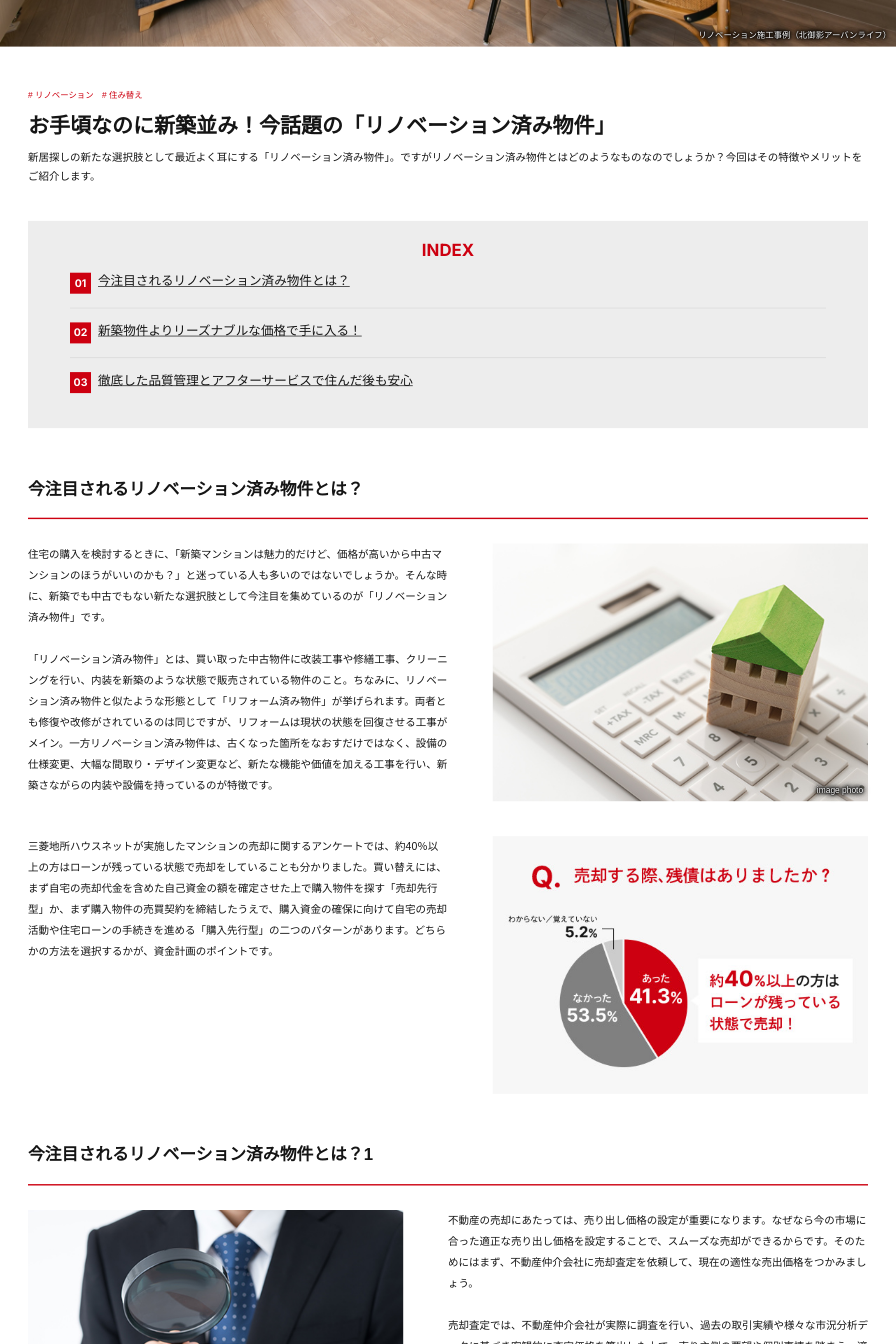
Repository: duongspm/group-kansai_new-data
Page: group-kansai_new/pickup/column07.html
The author's editor kept a copy of each file at every save. The page is drawn from the files as they stood at one save, then again after a run of saves.
The browser window is 1280 px wide. The pictures show the part of the page from y = 441 to 2361 px (the page is 3878 px tall), at 70% of full size.

Above is the page before, as saved 2023-06-30 14:59:01.

### group-kansai_new/pickup/column07.html
<!doctype html>
<html>
<head prefix="og: http://ogp.me/ns# fb: http://ogp.me/ns/fb# article: http://ogp.me/ns/website#">

    <meta charset="utf-8">
    <meta http-equiv="X-UA-Compatible" content="chrome=1">
    <meta name="viewport" content="width=device-width, initial-scale=1">

    <title>住み替えを検討する際の重要なポイント。住宅ローン残債があっても住み替えできる？｜関西で住まいのことは三菱地所グループへ</title>
    <meta name="keywords" content="新築マンション,注文住宅,リフォーム,売買・賃貸,関西,三菱地所グループ,三菱地所レジデンス,三菱地所ホーム,三菱地所ハウスネット,住まい">
    <meta name="description" content="関西エリアの三菱地所グループが、新築・中古マンション、注文住宅、リフォーム、売買、賃貸、マンション・ビル管理、インテリアなど、あらゆる住まいのニーズにお応えします。">
    <link rel="canonical" href="https://www.mecsumai.com/group_kansai/pickup/column07.html">

    <!-- OGP -->
    <meta property="og:site_name" content="関西で住まいのことは三菱地所グループへ" />
    <meta property="og:title" content="住み替えを検討する際の重要なポイント。住宅ローン残債があっても住み替えできる？｜関西で住まいのことは三菱地所グループへ" />
    <meta property="og:description" content="関西エリアの三菱地所グループが、新築・中古マンション、注文住宅、リフォーム、売買、賃貸、マンション・ビル管理、インテリアなど、あらゆる住まいのニーズにお応えします。" />
    <meta property="og:type" content="website" />
    <meta property="og:locale" content="ja_JP" />
    <meta property="og:url" content="https://www.mecsumai.com/group_kansai/pickup/column07.html" />
    <meta property="og:image" content="https://www.mecsumai.com/group_kansai/img/ogp/ogimage_column_mjhn_01.jpg" />
    <meta property="article:publisher" content="https://www.facebook.com/mecsumai" />
    <meta name="twitter:card" content="summary_large_image" />
    <meta name="twitter:site:id" value="@mecr_sumai" />
    <!-- CSS/JS -->
    <!--テスト用_WEBフォントタグ--><script type="text/javascript" src="//typesquare.com/3/tsst/script/ja/typesquare.js?GO7P2Rd89as%3D" charset="utf-8"></script>
    <!--本番用_WEBフォントタグ--><!-- <script type="text/javascript" src="//typesquare.com/3/tsst/script/ja/typesquare.js?fP5kCoOP0YE%3D" charset="utf-8"></script>-->

	<link rel="stylesheet" href="../css/style.css">
    <link rel="stylesheet" href="css/column.css">

    <script src="../js/jquery.min.js"></script>
    <script src="../js/script.js"></script>

</head>

<body>

	<!-- Google Tag Manager -->
	<noscript><iframe src="//www.googletagmanager.com/ns.html?id=GTM-PPKM2M"
	height="0" width="0" style="display:none;visibility:hidden"></iframe></noscript>
	<script>(function(w,d,s,l,i){w[l]=w[l]||[];w[l].push({'gtm.start':
	new Date().getTime(),event:'gtm.js'});var f=d.getElementsByTagName(s)[0],
	j=d.createElement(s),dl=l!='dataLayer'?'&l='+l:'';j.async=true;j.src=
	'//www.googletagmanager.com/gtm.js?id='+i+dl;f.parentNode.insertBefore(j,f);
	})(window,document,'script','dataLayer','GTM-PPKM2M');</script>
	<!-- End Google Tag Manager -->

    <header>
        <a><img src="../img/logo_mec.svg" alt="人を、想う力。街を、想う力。三菱地所グループ"></a>
        <a><img src="../img/logo_mecgonext.svg" alt="三菱地所と次にいこう。"></a>
        <div id="btn-menu"><span></span><span></span><span></span><a>MENU</a></div>
    </header>

    <div class="menu">
        <div class="menu-wrap container">
            <ul class="menu-nav menu-nav1">
                <li><a href="../#top" onclick="trEvent('三菱地所グループ関西合同LP','Click','【LP内遷移】グロナビ_トップページに戻る',0);">トップページに戻る</a></li>
                <li><a href="../#p-news" onclick="trEvent('三菱地所グループ関西合同LP','Click','【LP内遷移】グロナビ_NEWS',0);">NEWS</a></li>
                <li><a href="./" onclick="trEvent('三菱地所グループ関西合同LP','Click','【LP内遷移】グロナビ_PICK UP',0);">PICK UP</a></li>
                <li><a href="../#p-buy" onclick="trEvent('三菱地所グループ関西合同LP','Click','【LP内遷移】グロナビ_買いたい',0);">買いたい</a></li>
                <li><a href="../#p-build" onclick="trEvent('三菱地所グループ関西合同LP','Click','【LP内遷移】グロナビ_建てたい',0);">建てたい</a></li>
                <li><a href="../#p-renovate" onclick="trEvent('三菱地所グループ関西合同LP','Click','【LP内遷移】グロナビ_リフォームしたい',0);">リフォームしたい</a></li>
                <li><a href="../#p-sell" onclick="trEvent('三菱地所グループ関西合同LP','Click','【LP内遷移】グロナビ_売りたい',0);">売りたい</a></li>
                <li><a href="../#p-lend" onclick="trEvent('三菱地所グループ関西合同LP','Click','【LP内遷移】グロナビ_貸したい',0);">貸したい</a></li>
                <li><a href="../#p-borrow" onclick="trEvent('三菱地所グループ関西合同LP','Click','【LP内遷移】グロナビ_借りたい',0);">借りたい</a></li>
                <li><a href="../#p-interior" onclick="trEvent('三菱地所グループ関西合同LP','Click','【LP内遷移】グロナビ_インテリアを探す',0);">インテリアを探す</a></li>
                <li><a href="../#p-admin" onclick="trEvent('三菱地所グループ関西合同LP','Click','【LP内遷移】グロナビ_不動産管理',0);">不動産管理</a></li>
            </ul>

            <ul class="menu-nav menu-nav2">
                <li><a href="../check/" onclick="trEvent('三菱地所グループ関西合同LP','Click','【LP内遷移】グロナビ_三菱地所グループの「住まい」マッチング',0);">三菱地所グループの「住まい」マッチング</a></li>
                <li><a href="../#p-map" onclick="trEvent('三菱地所グループ関西合同LP','Click','【LP内遷移】グロナビ_三菱地所グループの関西エリア営業拠点マップ',0);">三菱地所グループの関西エリア営業拠点マップ</a></li>
                <li><a href="../#p-group" onclick="trEvent('三菱地所グループ関西合同LP','Click','【LP内遷移】グロナビ_三菱地所グループのご紹介',0);">三菱地所グループのご紹介</a></li>
            </ul>

            <!-- <ul class="service-bnr">
                <li><a href="check/"><img src="img/bnr_check_menu.jpg" alt="理想の「住まい」セルフチェック"></a></li>
                <li class="bnr-find">
                    <img src="img/bnr_find_menu.jpg" alt="住み替えるなら今の「住まい」は…">
                    <a href="#p-sell01"><img src="img/bnr_find01.png" alt="少しでも高く売却したい"></a>
                    <a href="#p-sell02"><img src="img/bnr_find02.png" alt="手間なく早く売却したい"></a>
                    <a href="#p-lend"><img src="img/bnr_find03.png" alt="賃貸活用で家賃を得たい"></a>
                </li>
            </ul>-->
            <!--/service-bnr-->
        </div>
    </div>

    <main class="main" id="column07">
        <section class="main-img">
            <img class="only-pc" src="img/vol_07/mv07.png" width="100%" alt="image photo">
            <img class="only-sp" src="img/vol_07/mv07-sp.png" width="100%" alt="image photo">
            <p class="cap-abs_right shadow">リノベーション施工事例（北御影アーバンライフ）</p>
        </section>
        <!--/main-img-->

        <section class="column container">
            <div class="column-group">
                <ul class="hashtag">
                    <li># リノベーション</li>
                    <li># 住み替え</li>
                </ul>
                <h2>お手頃なのに新築並み！今話題の「リノベーション済み物件」</h2>
                <p>新居探しの新たな選択肢として最近よく耳にする「リノベーション済み物件」。ですがリノベーション済み物件とはどのようなものなのでしょうか？今回はその特徴やメリットをご紹介します。</p>

                <div class="column-nav">
                    <p class="column-nav_tit">INDEX</p>
                    <ul class="column-nav_list">
                        <li><a href="#part01">
                            <p class="column-nav_num">01</p>
                            <p class="column-nav_txt">今注目されるリノベーション済み物件とは？</p>
                        </a></li>
                        <li><a href="#part02">
                            <p class="column-nav_num">02</p>
                            <p class="column-nav_txt">新築物件よりリーズナブルな価格で手に入る！</p>
                        </a></li>
                        <li><a href="#part03">
                            <p class="column-nav_num">03</p>
                            <p class="column-nav_txt">徹底した品質管理とアフターサービスで住んだ後も安心</p>
                        </a></li>
                    </ul>
                </div>
            </div>
            <!--/column group-->

            <div class="anchor"><div id="part01"></div></div>
            <div class="column-group">
                <h3>今注目されるリノベーション済み物件とは？</h3>

                <div class="column-box">
                    <div class="column-box_inner">
                        <p>住宅の購入を検討するときに、「新築マンションは魅力的だけど、価格が高いから中古マンションのほうがいいのかも？」と迷っている人も多いのではないでしょうか。そんな時に、新築でも中古でもない新たな選択肢として今注目を集めているのが「リノベーション済み物件」です。</p>
                        <p>「リノベーション済み物件」とは、買い取った中古物件に改装工事や修繕工事、クリーニングを行い、内装を新築のような状態で販売されている物件のこと。ちなみに、リノベーション済み物件と似たような形態として「リフォーム済み物件」が挙げられます。両者とも修復や改修がされているのは同じですが、リフォームは現状の状態を回復させる工事がメイン。一方リノベーション済み物件は、古くなった箇所をなおすだけではなく、設備の仕様変更、大幅な間取り・デザイン変更など、新たな機能や価値を加える工事を行い、新築さながらの内装や設備を持っているのが特徴です。</p>
                    </div>
                    <div class="column-box_img">
                        <!-- <img src="img/vol_01/img_01.jpg" alt="image photo"> -->
                        <img src="img/vol_01/img_01.jpg" alt="image photo">

                        <p class="cap-abs_right shadow">image photo</p>
                    </div>
                </div>

                <div class="column-box">
                    <div class="column-box_inner">
                        <p>三菱地所ハウスネットが実施したマンションの売却に関するアンケートでは、約40％以上の方はローンが残っている状態で売却をしていることも分かりました。買い替えには、まず自宅の売却代金を含めた自己資金の額を確定させた上で購入物件を探す「売却先行型」か、まず購入物件の売買契約を締結したうえで、購入資金の確保に向けて自宅の売却活動や住宅ローンの手続きを進める「購入先行型」の二つのパターンがあります。どちらかの方法を選択するかが、資金計画のポイントです。</p>
                    </div>
                    <div class="column-box_img">
                        <img src="img/vol_01/img_02.jpg" alt="Q.売却する際、残債はありましたか？">
                    </div>
                </div>
            </div>
            <!--/column group-->

            <div class="anchor"><div id="part02"></div></div>
            <div class="column-group">
                <h3>今注目されるリノベーション済み物件とは？1</h3>

                <div class="column-box">
                    <div class="column-box_img">
                        <img src="img/vol_01/img_03.jpg" alt="image photo">
                        <p class="cap-abs_right shadow">image photo</p>
                    </div>
                    <div class="column-box_inner">
                        <p>不動産の売却にあたっては、売り出し価格の設定が重要になります。なぜなら今の市場に合った適正な売り出し価格を設定することで、スムーズな売却ができるからです。そのためにはまず、不動産仲介会社に売却査定を依頼して、現在の適性な売出価格をつかみましょう。</p>
                        <p>売却査定では、不動産仲介会社が実際に調査を行い、過去の取引実績や様々な市況分析データに基づき客観的に査定価格を算出した上で、売り主側の要望や個別事情を踏まえ、適正な売却金額を提案してくれます。<br>売却査定は無料で行うことができます。安心して信頼できる会社に依頼しましょう。</p>
                    </div>
                </div>
            </div>
            <!--/column group-->

            <div class="anchor"><div id="part03"></div></div>
            <div class="column-group">
                <h3>売却時の満足度は担当者とのコミュニケーションで大きく変わります。</h3>

                <div class="column-box">
                    <div class="column-box_inner">
                        <p>不動産の売却は、何度も経験するものではないため、「この会社に売却を任せても大丈夫かな…」と不安を感じる方も多いかと思います。満足できる売却を実現するには、不動産仲介会社の担当者とのコミュニケーションも重要です。まずは担当者に自分の希望条件を整理したうえできちんと伝えること。そして担当者から提案された売却査定の内容や、売却活動プランをチェックし、疑問や不安を解消しておくことが大切です。不動産取引のプロとして、どんな些細なことでもきちんと丁寧に相談にのってくれる不動産仲介会社をパートナーとして選ぶことが、満足度の高い不動産売却を成功させるカギといえるでしょう。</p>
                        <p>より快適な暮らしを実現するために。「住み替え」の一歩を踏み出してみませんか？</p>
                    </div>
                    <div class="column-box_img">
                        <img src="img/vol_01/img_04.jpg" alt="image photo">
                        <p class="cap-abs_right shadow">image photo</p>
                    </div>
                </div>
            </div>
            <!--/column group-->
        </section>
        <!--/column-->

        <section class="contact">
            <div class="contact-heading">
                <div class="contact-tit">
                    <h2><span>入力簡単! 60 秒</span>まずはお気軽にご相談ください</h2>
                </div>
                <div class="contact-btn container">
                    <a href="../mjhn_18.html" target="_blank" onclick="trEvent('三菱地所グループ関西合同LP','Click','【三菱地所ハウスネット】PICKUP_住み替えを検討する際の重要なポイント。住宅ローン残債があっても住み替えできる？_無料売却査定はこちら',0);">無料売却査定はこちら</a>
                </div>
            </div>

            <!-- <div class="contact-sns">
                <a class="twitter typesquare_option" href="http://twitter.com/share?url=www.mecsumai.com/group_kansai/pickup/&amp;text=住み替えを検討する際の重要なポイント。住宅ローン残債があっても住み替えできる？&amp;hashtags=住み替え&amp;hashtags=売却査定" target="_blank" rel="nofollow noopener noreferrer">Twitterでシェア</a>
                <a class="facebook typesquare_option" href="http://www.facebook.com/share.php?u=mecsumai.com/group_kansai/pickup/" target="_blank" rel="nofollow noopener noreferrer">Facebookでシェア</a>
            </div>-->

            <a class="contact-back" href="./" onclick="trEvent('三菱地所グループ関西合同LP','Click','【LP内遷移】PICK UP_詳細_PICK UP 一覧に戻る',0);">PICK UP 一覧に戻る</a>
        </section>
    </main>

    <footer>
        <div id="pagetop"><img src="../img/pagetop.png" alt="トップに戻る"></div>
        <a><img src="../img/flogo_mec.svg" alt="人を、想う力。街を、想う力。三菱地所グループ"></a>
        <p>Copyright &copy; Mitsubishi Estate Group. All Rights Reserved.</p>
    </footer>

    <!-- Yahoo Tag Manager -->
    <script type="text/javascript">
      (function () {
        var tagjs = document.createElement("script");
        var s = document.getElementsByTagName("script")[0];
        tagjs.async = true;
        tagjs.src = "//s.yjtag.jp/tag.js#site=YzMGP4N&referrer=" + encodeURIComponent(document.location.href) + "";
        s.parentNode.insertBefore(tagjs, s);
      }());
    </script>
    <noscript>
      <iframe src="//b.yjtag.jp/iframe?c=YzMGP4N" width="1" height="1" frameborder="0" scrolling="no" marginheight="0" marginwidth="0"></iframe>
    </noscript>
    <!-- End Yahoo Tag Manager -->

</body>
</html>

### group-kansai_new/css/style.css
@charset "utf-8";
@import url('https://fonts.googleapis.com/css2?family=Cormorant+Garamond&family=Inter:wght@700&display=swap');

/* Reset */
html{font-size: 62.5%;}
body{color: #000; line-height: 1.8; word-spacing: 0; font-size: 1.5rem; -webkit-text-size-adjust: 100%; -ms-text-size-adjust: 100%; -moz-text-size-adjust: 100%; font-family: "秀英角ゴシック金 L", "Shuei KakuGo Kin L", "Noto Sans JP", "ヒラギノ角ゴ Pro W3", "Hiragino Kaku Gothic Pro", "メイリオ", "MS Pゴシック", "MS PGothic", Meiryo, sans-serif;}

*{margin: 0; padding: 0; box-sizing: border-box; border: 0;}
h1, h2, h3, h4, h5, h6{font-size: 100%;}
ol, ul{list-style: none;}
table{border-collapse: collapse; border-spacing: 0;}
th{text-align: left;}
a{color: inherit; text-decoration: none;}
img{vertical-align: bottom; max-width: 100%;}

.container{max-width: 1000px; margin: 0 auto;}
.cap,
.cap-left,
.cap-right{font-size: 1rem; line-height: 1.4;}
[class*="cap-abs"]{font-size: 1.2rem; line-height: 1.4;}
.cap-abs_right{position: absolute; bottom: 7px; right: 7px; text-align: right;}
.cap-abs_left{position: absolute; bottom: 7px; left: 7px;}
.cap-right{padding-top: 0.8em; text-align: right;}
.cap-left{padding-top: 0.8em;}
.shadow{color: #fff; text-shadow: 0 0 1px rgba(0,0,0,.6), 0 0 2px rgba(0,0,0,.6), 0 0 3px rgba(0,0,0,.6), 0 0 4px rgba(0,0,0,.6), 0 0 5px rgba(0,0,0,.6), 0 0 6px rgba(0,0,0,.6), 0 0 7px rgba(0,0,0,.6), 0 0 8px rgba(0,0,0,.6), 0 0 9px rgba(0,0,0,.6), 0 0 10px rgba(0,0,0,.6);}
sup{font-size: 1.2rem; line-height: 1;}

.anchor{position: relative;}
.anchor > div{position: absolute; left: 0;}

@media (min-width: 768px){
    a[href^="tel:"]{pointer-events: none;}
    .only-sp{display: none;}
    .container{width: calc(100% - 3rem);}
    .anchor > div{top: -5.4rem;}
}

@media (max-width: 767px){
    .only-pc{display: none;}
    html{font-size: 2vw;}
    body{font-size: 1.65rem;}
    .container{width: 90%;}
    .cap,
    .cap-left,
    .cap-right{font-size: 1.2rem; line-height: 1.7;}

    .anchor > div{top: -7rem;}
}

@media print {
    body{color-adjust: exact; -webkit-print-color-adjust: exact; print-color-adjust: exact;}
}

/* Header */
header{padding: 1rem 3rem; display: flex; align-items: center; background: #fff; position: fixed; top: 0; left: 0; width: 100%; background: #fff; z-index: 1000;}
header a:nth-of-type(1){width: 11rem; margin-right: 2.4rem;}
header a:nth-of-type(2){width: 6rem;}
header img{width: 100%;}

#btn-menu{position: absolute; top: 0; right: 0; width: 5.4rem; height: 5.4rem; cursor: pointer; background: #cd0010;}
#btn-menu span{position: absolute; left: 1.2rem; width: 3rem; height: 0.2rem; background: #fff;}
#btn-menu span:nth-of-type(1){top: 1.1rem;}
#btn-menu span:nth-of-type(2){top: 1.9rem;}
#btn-menu span:nth-of-type(3){top: 2.7rem;}
#btn-menu a{display: block; color: #fff; font-size: 1.1rem; text-align: center; padding: 3.1rem 0 0 0; width: 100%; font-weight: bold; font-family: 'Inter', sans-serif;}
#btn-menu.is-open span:nth-of-type(1){top: 1.8rem; transform: rotate(45deg); -webkit-transform: rotate(45deg);}
#btn-menu.is-open span:nth-of-type(2){display: none;}
#btn-menu.is-open span:nth-of-type(3){top: 1.8rem; transform: rotate(-45deg); -webkit-transform: rotate(-45deg);}

@media (max-width: 767px){
    #btn-menu{width: 6.4rem; height: 6.4rem;}
    #btn-menu span{left: 1.2rem; width: 4rem; height: 0.2rem;}
    #btn-menu span:nth-of-type(1){top: 1.1rem;}
    #btn-menu span:nth-of-type(2){top: 2.2rem;}
    #btn-menu span:nth-of-type(3){top: 3.3rem;}
    #btn-menu a{padding: 3.6rem 0 0 0; font-size: 1.4rem;}
    #btn-menu.is-open span:nth-of-type(1),
    #btn-menu.is-open span:nth-of-type(3){top: 2rem;}
}

.menu{position: fixed; top: 0; left: 0; width: 100%; height: 100%; overflow: auto; background: #f5f5f5; z-index: 800; display: none; font-family: "秀英角ゴシック金 B", "Shuei KakuGo Kin B", "Noto Sans JP", "ヒラギノ角ゴ Pro W3", "Hiragino Kaku Gothic Pro", "メイリオ", "MS Pゴシック", "MS PGothic", Meiryo, sans-serif;}
.menu-wrap{padding: 12rem 0 5rem;}

.menu-nav1{display: flex; flex-wrap: wrap;}
.menu-nav1 a{font-size: 1.8rem; height: 8rem; display: flex; align-items: center;}
.menu-nav1 a:before{content: ''; width: 2rem; height: 2rem; background: url("../img/ic_arrows.png") no-repeat top left/100% 100%; margin: 0 1rem 0 0;}
.menu-nav1 a:hover{color: #cd0010;}

.menu-nav2{padding: 3rem 0 4rem; display: flex; flex-wrap: wrap;}
.menu-nav2 a{font-size: 1.6rem; height: 4rem; display: flex; align-items: center;}
.menu-nav2 a:before{content: ''; width: 2rem; height: 2rem; background: url("../img/ic_arrows.png") no-repeat top left/100% 100%; margin: 0 1rem 0 0;}
.menu-nav2 a:hover{color: #cd0010;}

.menu .bnr-find a{top: 48.5%;}

@media (max-width: 1023px) and (min-width: 768px){
    .menu-nav1 a{font-size: 1.6rem;}
    .menu-nav1 a:before{margin: 0 0.5rem 0 0;}
}

@media (min-width: 768px){
    .menu-nav1 li{width: 23.425%; margin-right: 2.1%; border-bottom: 1px dotted #acacac;}
    .menu-nav1 li:nth-of-type(1),
    .menu-nav1 li:nth-of-type(2),
    .menu-nav1 li:nth-of-type(3){width: 32%;margin-right: 2%;}
    .menu-nav1 li:nth-of-type(3),
    .menu-nav1 li:nth-of-type(7),
    .menu-nav1 li:nth-of-type(11){margin-right: 0;}

    .menu-nav2 li:not(:last-of-type){margin-right: 6rem;}
}

@media (max-width: 767px){
    header{padding: 1.5rem 5%;}
    header a:nth-of-type(1){margin-right: 7%;}

    .menu-wrap{padding: 12rem 0 3rem;}

    .menu-nav1 li{width: 48.5%; margin-right: 3%; border-bottom: 1px dotted #acacac;}
    .menu-nav1 li:nth-of-type(2n){margin-right: 0;}
    .menu-nav1 a{height: 6rem;}

    .menu-nav2{padding: 2rem 0 3rem;}
    .menu-nav2 a{height: 3.5rem;}

    .menu .service-bnr{padding: 0;}
}

/* Main */
.main{overflow-x: hidden; isolation:isolate; margin-top: 5.4rem;}
.m-tit2{font-size: 2.4rem; line-height: 1; text-align: center; margin: 0 0 3rem; color: #cd0010; font-weight: bold; font-family: 'Inter', sans-serif;}
.m-tit3{font-size: 2.8rem; line-height: 1.4; text-align: center; margin: -0.3em 0 2.5rem; font-family: "秀英明朝 M", "Shuei Mincho M", "游明朝", YuMincho, "Hiragino Mincho ProN W3", "ヒラギノ明朝 ProN W3", "Hiragino Mincho ProN", "HG明朝E", "MS P明朝", "MS 明朝", serif;}
.desc{font-size: 1.6rem; line-height: 2; text-align: center; margin: 0 auto 2em;}

@media (max-width: 767px){
    .main{margin-top: 6.4rem;}
    .desc{text-align: left; margin: 0 3rem 1.5em;}
    .desc br {display:none;}
}

/* Hashtag */
.hashtag{color: #cd0010; font-size: 1.2rem; line-height: 1.5; margin: 0 0 0.5rem; display: flex; flex-wrap: wrap; font-family: "秀英角ゴシック金 B", "Shuei KakuGo Kin B", "Noto Sans JP", "ヒラギノ角ゴ Pro W3", "Hiragino Kaku Gothic Pro", "メイリオ", "MS Pゴシック", "MS PGothic", Meiryo, sans-serif;}
.hashtag li{margin-right: 1em;}

@media (max-width: 767px){
    .hashtag{font-size: 1.4rem;}
}

/* Footer */
footer{background: #151515; color: #fff; text-align: center; padding: 2.8rem 0; position: relative; z-index: 100;}
footer a{width: 40rem; margin: 0 auto; display: block;}
footer a img{width: 100%;}
footer p{margin: 1.5rem 0 0 0; font-family: 'Cormorant Garamond', serif; font-size: 1.2rem; line-height: 1;}
#pagetop{position: fixed; bottom: 10px; right: 10px; width: 7rem; height: 7rem; cursor: pointer; z-index: 700; display: none;}
#pagetop a{width: 100%; display: block;}

@media (max-width: 767px){
    footer a{width: 90%;}
    footer img{width: 100%;}
    footer p{font-size: 1.5rem;}
    #pagetop{width: 6rem; height: 6rem;}
    #top footer{margin-bottom: 35.46vw;}
    #top #pagetop{bottom: 40vw !important; position: fixed !important;}
}

Loaded but not shown: group-kansai_new/js/jquery.min.js (library); group-kansai_new/js/script.js (70 lines, source omitted); group-kansai_new/pickup/css/column.css (178 lines, source omitted)

After the next 3 saves:
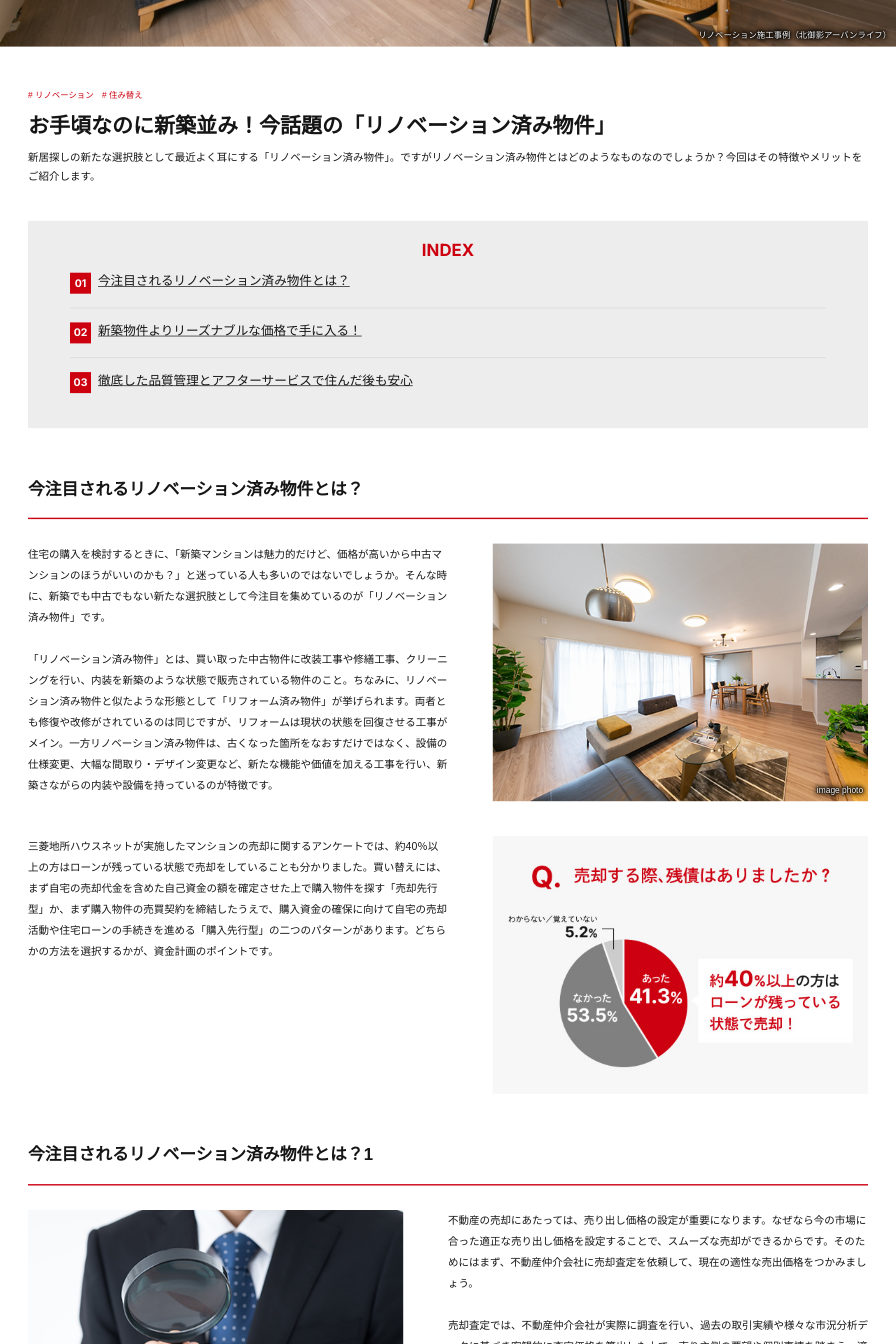
The 3 saves are shown as one change because they came seconds apart.
The last was saved 9 s later.
--- a/group-kansai_new/pickup/column07.html
+++ b/group-kansai_new/pickup/column07.html
@@ -135,7 +135,7 @@
                     </div>
                     <div class="column-box_img">
                         <!-- <img src="img/vol_01/img_01.jpg" alt="image photo"> -->
-                        <img src="img/vol_01/img_01.jpg" alt="image photo">
+                        <img src="img/vol_07/img-01.png" alt="image photo">
 
                         <p class="cap-abs_right shadow">image photo</p>
                     </div>
